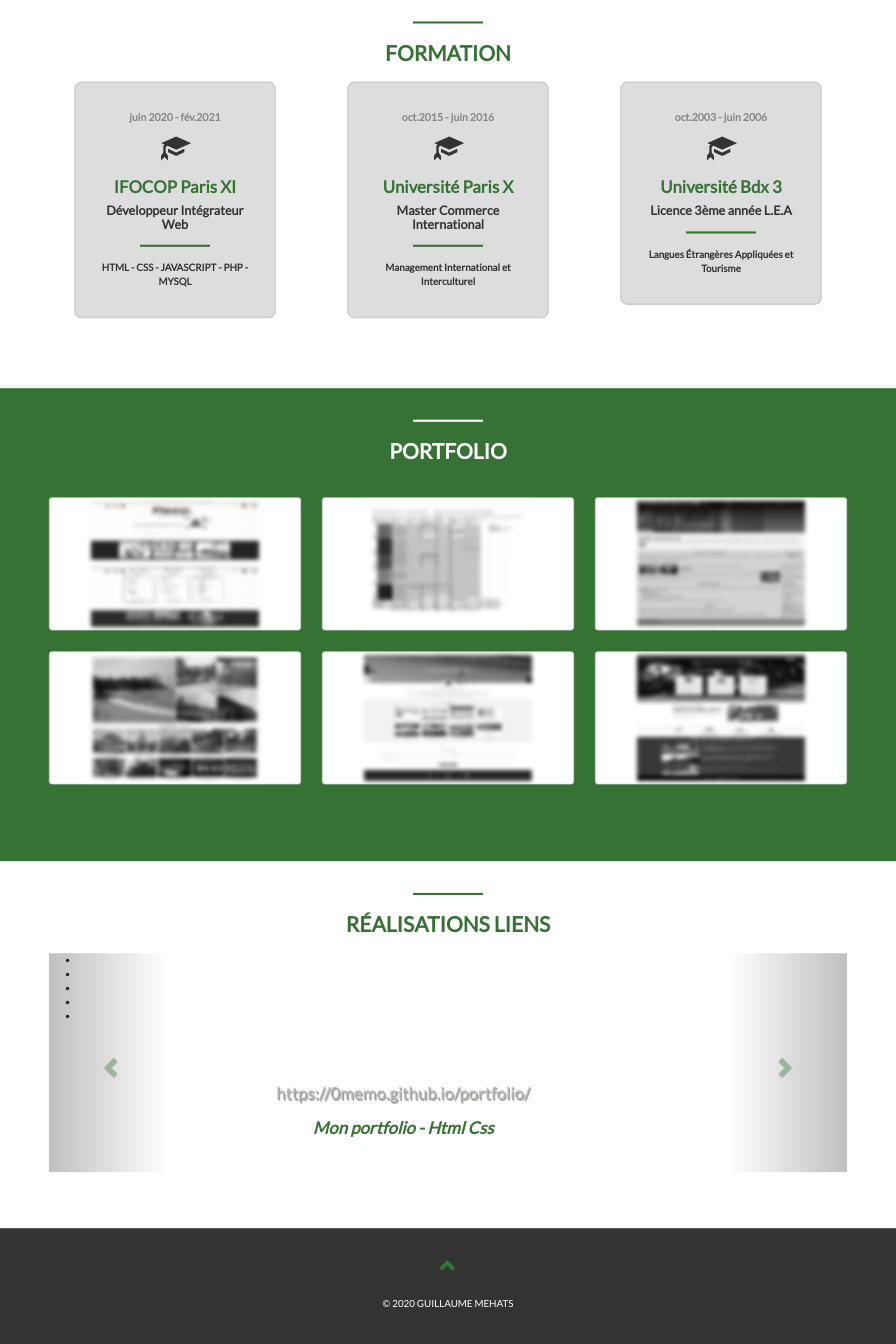
Repository: 0Memo/mon-cv
Page: index.html
These files come from the project's save history. The page is drawn as it stood at one moment and after the next save; the edit follows.
The browser window is 1280 px wide. The pictures show the part of the page from y = 3562 to 5482 px (the page is 5482 px tall before and 5372 px after), at 70% of full size.

Above is the page before, as saved 2020-12-29 16:20:39.

After the next save:
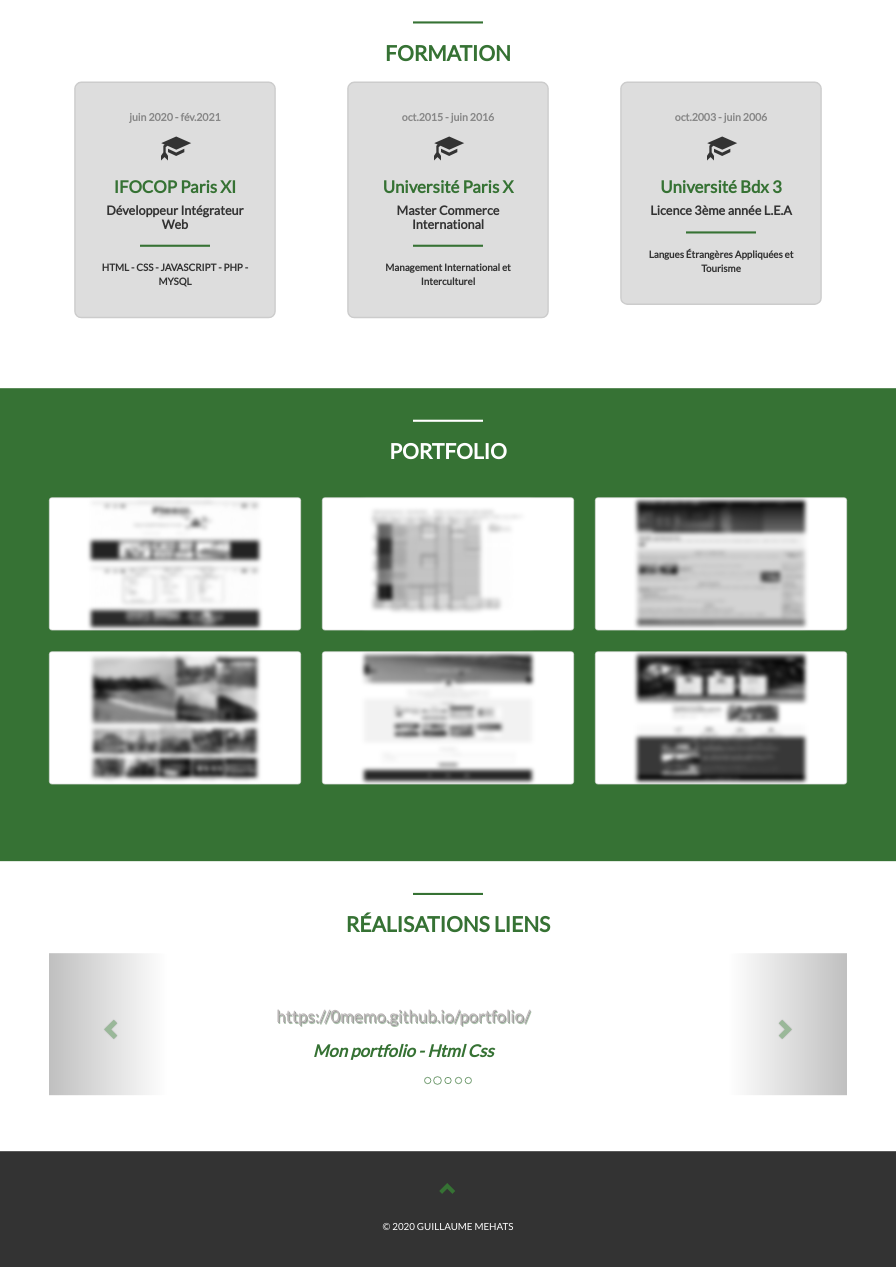
Saved 2 min 41 s later.
--- a/index.html
+++ b/index.html
@@ -267,13 +267,13 @@
                     <h2>Réalisations liens</h2>
                 </div>
                 <div id="myCarousel" class="carousel slide text-center" data-ride="carousel">
-                    <ul>
+                    <ol class="carousel-indicators">
                         <li data-target="#myCarousel" data-slide-to="0" class="active"></li>
                         <li data-target="#myCarousel" data-slide-to="1"></li>
                         <li data-target="#myCarousel" data-slide-to="2"></li>
                         <li data-target="#myCarousel" data-slide-to="3"></li>
                         <li data-target="#myCarousel" data-slide-to="4"></li>
-                    </ul>
+                    </ol>
                     <div class="carousel-inner" role="listbox">
                         <div class="item active">
                             <a href="https://0memo.github.io/portfolio/" title="mon portfolio" class="portfolio_page" target="_blank">https://0memo.github.io/portfolio/</a>
